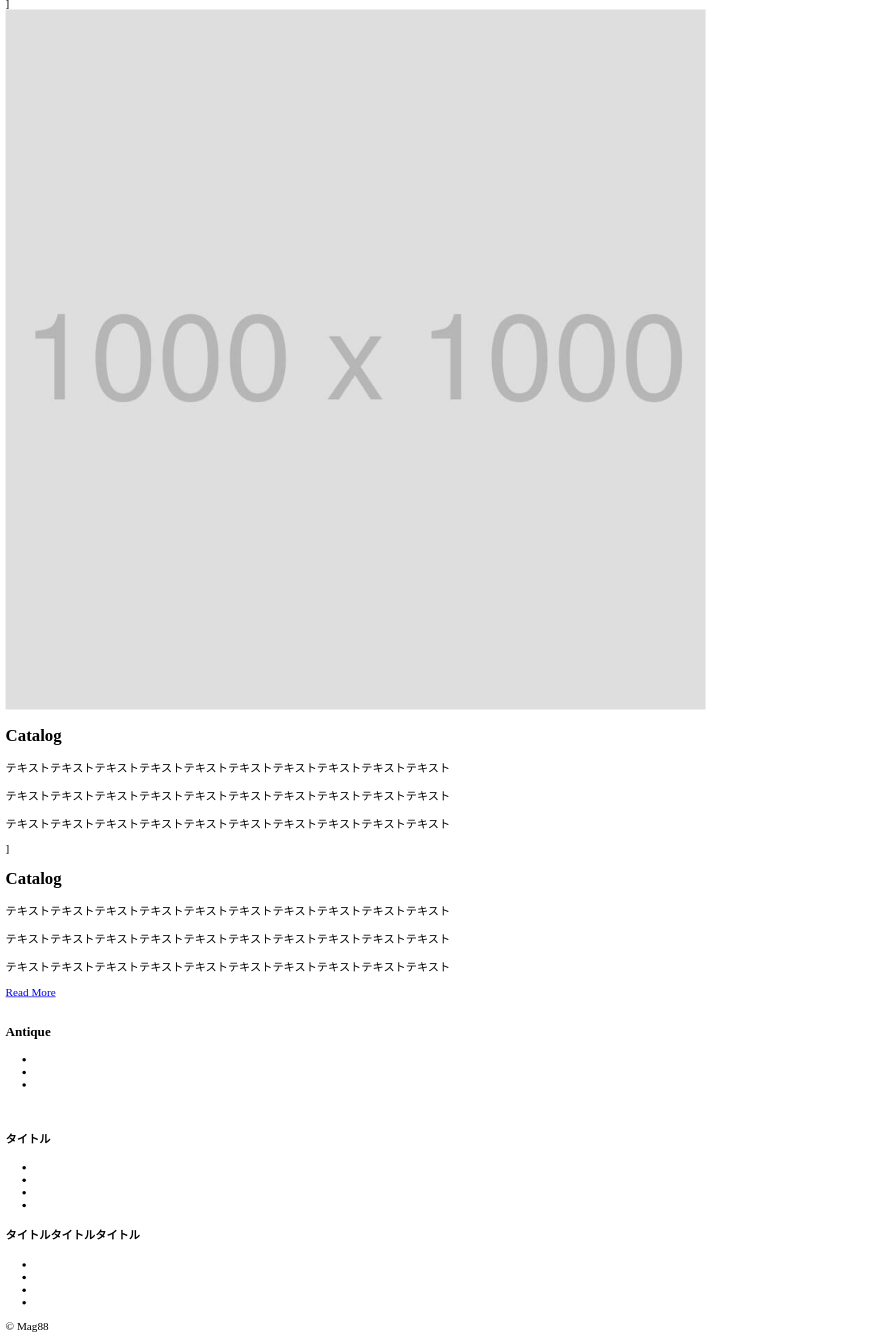
Repository: Fuki-san/bookstore
Page: http://localhost/book
These files come from the project's save history. The page is drawn as it stood at one moment and after a run of saves; the edit follows.
The browser window is 1280 px wide. The pictures show the part of the page from y = 2551 to 4471 px (the page is 4471 px tall before and 4323 px after), at 70% of full size.
The page is served by the project's Laravel application, run on PHP 8.4 with Laravel 10. Other server files are loaded and not shown.

Above is the page before, as saved 2023-11-20 12:23:09.

### routes/web.php
<?php

use Illuminate\Support\Facades\Route;

/*
|--------------------------------------------------------------------------
| Web Routes
|--------------------------------------------------------------------------
|
| Here is where you can register web routes for your application. These
| routes are loaded by the RouteServiceProvider and all of them will
| be assigned to the "web" middleware group. Make something great!
|
*/

Route::get('/', function () {
    return view('welcome');
});

Route::get('book', function() {
    return view('bookstore');
})->name('book');

### resources/views/bookstore.blade.php
@extends('layouts.main')

@section('title', 'bookstore')

@section('content')
    <header>
        <h1 class="site-title"><img src="img/logo.svg" alt="Mag88"></h1>
    </header>

    <main>
        <section id="magazine" class="wrapper">
            <h2 class="sec-title">A special, long article in a newspaper or magazine</h2>
            <p>テキストテキスト</p>
            <div class="flex-item">
                <a class="item" href="#">
                    <img src="img/magazine-archive.jpg">
                    <div class="text">
                        <p class="title">Archive</p>
                        <p>
                            テキストテキストテキストテキスト<br>
                            テキストテキスト
                        </p>
                    </div>
                </a>
                <a href="#" class="item">
                    <img src="img/magazine-new.jpg">
                    <div class="text">
                        <p class="title">New</p>
                        <p>
                            テキストテキストテキストテキスト<br>
                            テキストテキスト
                        </p>
                    </div>
                </a>
            </div>
        </section>

        <section id="fashion">
            <div class="wrapper">
                <h2 class="sec-title">Fashion &amp; Style</h2>
                <p>
                テキストテキストテキストテキスト<br>
                テキストテキスト
                </p>
                <a href="#" btn>Read More</a>
            </div>
        </section>

        <section class="catalog-antique">]
            <div class="flex-item wrapper">
                <div class="item">
                    <img src="img/catalog.jpg">
                </div>
                <div class="item">
                    <h2 class="sec-title">Catalog</h2>
                    <p>テキストテキストテキストテキストテキストテキストテキストテキストテキストテキスト</p>
                    <p>テキストテキストテキストテキストテキストテキストテキストテキストテキストテキスト</p>
                    <p>テキストテキストテキストテキストテキストテキストテキストテキストテキストテキスト</p>
                </div>
            </div>
        </section>
        <section class="catalog-antique">]
            <div class="flex-item wrapper">
                <div class="item">
                    <h2 class="sec-title">Catalog</h2>
                    <p>テキストテキストテキストテキストテキストテキストテキストテキストテキストテキスト</p>
                    <p>テキストテキストテキストテキストテキストテキストテキストテキストテキストテキスト</p>
                    <p>テキストテキストテキストテキストテキストテキストテキストテキストテキストテキスト</p>
                    <a href="#" class="btn">Read More</a>
                </div>
            </div>
        </section>

        <section class="catalog-antique">
            <img src="">
            <h3>Antique</h3>
            <ul>
                <li></li>
                <li></li>
                <li></li>
            </ul>
        </section>

    </main>


    <footer>
        <div class="footer-menu">
            <img src="">
            <h4>タイトル</h4>
            <ul>
                <li></li>
                <li></li>
                <li></li>
                <li></li>
            </ul>
            <h4>タイトルタイトルタイトル</h4>
            <ul>
                <li></li>
                <li></li>
                <li></li>
                <li></li>
            </ul>
        </div>
        <p>&copy; Mag88</p>
    </footer>
@endsection

### resources/views/layouts/main.blade.php
<!DOCTYPE html>
<html lang="ja">
<head>
    <meta charset="UTF-8">
    <meta name="viewport" content="width=device-width, initial-scale=1.0">
    <meta http-equiv="X-UA-Compatible" content="ie=edge">
    <link rel="stylesheet" href="{{ asset('css/reset.css') }}">
    <link rel="stylesheet" href="{{ asset('css/style.css') }}">
    <link rel="icon" href="img/favicon.ico">
    <title>@yield('title')</title>
</head>
<body>
    @yield('content')
</body>
</html>

### public/img/logo.svg
<?xml version="1.0" encoding="utf-8"?>
<!-- Generator: Adobe Illustrator 15.1.0, SVG Export Plug-In . SVG Version: 6.00 Build 0)  -->
<!DOCTYPE svg PUBLIC "-//W3C//DTD SVG 1.1//EN" "http://www.w3.org/Graphics/SVG/1.1/DTD/svg11.dtd">
<svg version="1.1" id="レイヤー_1" xmlns="http://www.w3.org/2000/svg" xmlns:xlink="http://www.w3.org/1999/xlink" x="0px"
	 y="0px" width="120px" height="40px" viewBox="0 0 120 40" enable-background="new 0 0 120 40" xml:space="preserve">
<text transform="matrix(1 0 0 1 11.667 -25.8213)" fill="#2B3137" font-family="'Arial-BoldMT'" font-size="31.8021">Mag88</text>
<rect fill="#2A2A2A" width="120" height="40"/>
<g>
	<path fill="#FFFFFF" d="M13.351,29.333V6.568h6.879l4.13,15.529l4.084-15.529h6.895v22.765h-4.271v-17.92l-4.519,17.92h-4.425
		l-4.503-17.92v17.92H13.351z"/>
	<path fill="#FFFFFF" d="M43.134,17.872l-3.96-0.714c0.445-1.595,1.211-2.774,2.299-3.54c1.087-0.766,2.701-1.149,4.845-1.149
		c1.946,0,3.396,0.23,4.348,0.69c0.952,0.461,1.623,1.047,2.011,1.756c0.389,0.709,0.582,2.01,0.582,3.904l-0.046,5.094
		c0,1.449,0.069,2.518,0.21,3.207c0.139,0.688,0.4,1.426,0.783,2.213h-4.316c-0.113-0.29-0.254-0.72-0.419-1.289
		c-0.073-0.259-0.124-0.43-0.155-0.513c-0.746,0.725-1.543,1.269-2.392,1.63c-0.849,0.363-1.755,0.544-2.718,0.544
		c-1.697,0-3.035-0.46-4.014-1.382s-1.467-2.086-1.467-3.494c0-0.932,0.222-1.762,0.667-2.492c0.444-0.73,1.069-1.289,1.871-1.677
		c0.802-0.389,1.959-0.728,3.471-1.018c2.039-0.383,3.452-0.739,4.239-1.071v-0.435c0-0.839-0.207-1.437-0.621-1.794
		s-1.195-0.535-2.345-0.535c-0.776,0-1.382,0.152-1.817,0.458C43.755,16.571,43.403,17.106,43.134,17.872z M48.973,21.413
		c-0.559,0.187-1.444,0.409-2.655,0.668c-1.212,0.259-2.003,0.512-2.376,0.761c-0.569,0.403-0.854,0.916-0.854,1.537
		c0,0.61,0.227,1.14,0.683,1.584c0.456,0.445,1.035,0.667,1.739,0.667c0.787,0,1.537-0.258,2.252-0.775
		c0.527-0.394,0.875-0.875,1.04-1.444c0.114-0.373,0.171-1.081,0.171-2.128V21.413z"/>
	<path fill="#FFFFFF" d="M57.157,30.419l4.984,0.605c0.083,0.58,0.274,0.979,0.574,1.196c0.414,0.311,1.066,0.466,1.957,0.466
		c1.139,0,1.992-0.171,2.563-0.512c0.383-0.229,0.673-0.596,0.869-1.104c0.135-0.362,0.202-1.029,0.202-2.003v-2.407
		c-1.304,1.781-2.95,2.672-4.938,2.672c-2.215,0-3.97-0.938-5.264-2.811c-1.015-1.48-1.521-3.324-1.521-5.529
		c0-2.764,0.664-4.875,1.995-6.335c1.33-1.46,2.983-2.189,4.962-2.189c2.039,0,3.721,0.896,5.046,2.687v-2.314h4.084V27.64
		c0,1.946-0.161,3.4-0.481,4.363s-0.771,1.719-1.351,2.268c-0.58,0.549-1.354,0.979-2.321,1.289
		c-0.969,0.311-2.192,0.466-3.673,0.466c-2.795,0-4.778-0.479-5.947-1.437c-1.17-0.957-1.755-2.172-1.755-3.642
		C57.141,30.802,57.147,30.626,57.157,30.419z M61.054,20.745c0,1.75,0.339,3.031,1.017,3.844c0.679,0.813,1.515,1.219,2.508,1.219
		c1.066,0,1.967-0.416,2.703-1.25c0.734-0.834,1.102-2.068,1.102-3.703c0-1.709-0.352-2.977-1.056-3.805s-1.595-1.242-2.671-1.242
		c-1.045,0-1.907,0.406-2.586,1.219C61.393,17.839,61.054,19.079,61.054,20.745z"/>
	<path fill="#FFFFFF" d="M79.797,17.05c-1.129-0.477-1.949-1.131-2.462-1.965c-0.513-0.833-0.769-1.746-0.769-2.74
		c0-1.697,0.593-3.101,1.778-4.208c1.185-1.107,2.87-1.662,5.054-1.662c2.164,0,3.844,0.554,5.039,1.662
		c1.196,1.108,1.794,2.511,1.794,4.208c0,1.056-0.274,1.995-0.823,2.818c-0.549,0.822-1.32,1.451-2.313,1.887
		c1.263,0.508,2.224,1.248,2.88,2.221c0.658,0.973,0.986,2.096,0.986,3.369c0,2.102-0.67,3.811-2.011,5.125
		s-3.124,1.972-5.349,1.972c-2.071,0-3.795-0.544-5.172-1.63c-1.625-1.284-2.438-3.045-2.438-5.28c0-1.231,0.305-2.362,0.916-3.394
		C77.52,18.403,78.482,17.608,79.797,17.05z M80.293,22.407c0,1.201,0.309,2.138,0.924,2.811c0.616,0.673,1.385,1.01,2.307,1.01
		c0.9,0,1.646-0.324,2.236-0.971c0.59-0.647,0.885-1.582,0.885-2.803c0-1.066-0.301-1.924-0.9-2.57
		c-0.602-0.646-1.361-0.971-2.283-0.971c-1.066,0-1.861,0.367-2.383,1.103C80.555,20.751,80.293,21.548,80.293,22.407z
		 M80.698,12.655c0,0.869,0.246,1.547,0.737,2.034c0.491,0.486,1.146,0.729,1.964,0.729c0.828,0,1.491-0.246,1.988-0.737
		s0.745-1.173,0.745-2.042c0-0.818-0.246-1.473-0.737-1.965c-0.492-0.491-1.142-0.737-1.949-0.737c-0.838,0-1.506,0.249-2.003,0.745
		C80.946,11.18,80.698,11.837,80.698,12.655z"/>
	<path fill="#FFFFFF" d="M97.484,17.05c-1.128-0.477-1.948-1.131-2.462-1.965c-0.512-0.833-0.768-1.746-0.768-2.74
		c0-1.697,0.592-3.101,1.777-4.208c1.186-1.107,2.871-1.662,5.055-1.662c2.164,0,3.844,0.554,5.039,1.662
		c1.195,1.108,1.793,2.511,1.793,4.208c0,1.056-0.273,1.995-0.822,2.818c-0.549,0.822-1.32,1.451-2.314,1.887
		c1.264,0.508,2.224,1.248,2.881,2.221c0.658,0.973,0.986,2.096,0.986,3.369c0,2.102-0.67,3.811-2.012,5.125
		c-1.34,1.314-3.123,1.972-5.349,1.972c-2.071,0-3.794-0.544-5.171-1.63c-1.625-1.284-2.438-3.045-2.438-5.28
		c0-1.231,0.305-2.362,0.916-3.394C95.207,18.403,96.168,17.608,97.484,17.05z M97.981,22.407c0,1.201,0.308,2.138,0.924,2.811
		c0.615,0.673,1.385,1.01,2.307,1.01c0.9,0,1.646-0.324,2.235-0.971c0.591-0.647,0.886-1.582,0.886-2.803
		c0-1.066-0.301-1.924-0.901-2.57s-1.361-0.971-2.282-0.971c-1.066,0-1.861,0.367-2.384,1.103S97.981,21.548,97.981,22.407z
		 M98.385,12.655c0,0.869,0.245,1.547,0.736,2.034c0.492,0.486,1.146,0.729,1.965,0.729c0.828,0,1.49-0.246,1.988-0.737
		c0.496-0.491,0.744-1.173,0.744-2.042c0-0.818-0.246-1.473-0.736-1.965c-0.492-0.491-1.143-0.737-1.949-0.737
		c-0.839,0-1.506,0.249-2.004,0.745C98.633,11.18,98.385,11.837,98.385,12.655z"/>
</g>
</svg>

Loaded but not shown: public/css/style.css (no copy from this time; the picture is the same without it)

After the next 2 saves:
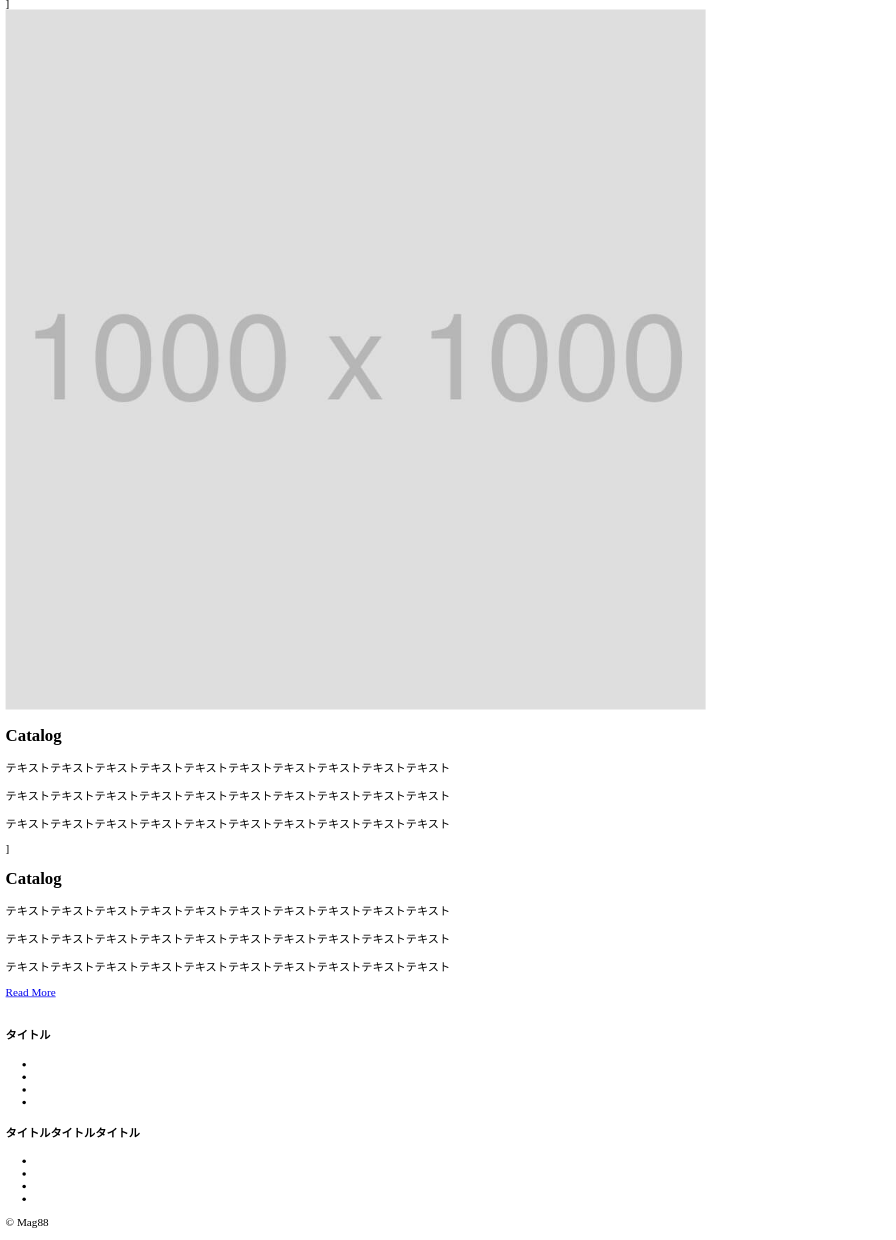
The 2 saves are shown as one change because they came seconds apart.
The last was saved 18 s later.
--- a/resources/views/bookstore.blade.php
+++ b/resources/views/bookstore.blade.php
@@ -70,17 +70,6 @@
                 </div>
             </div>
         </section>
-
-        <section class="catalog-antique">
-            <img src="">
-            <h3>Antique</h3>
-            <ul>
-                <li></li>
-                <li></li>
-                <li></li>
-            </ul>
-        </section>
-
     </main>
 
 
